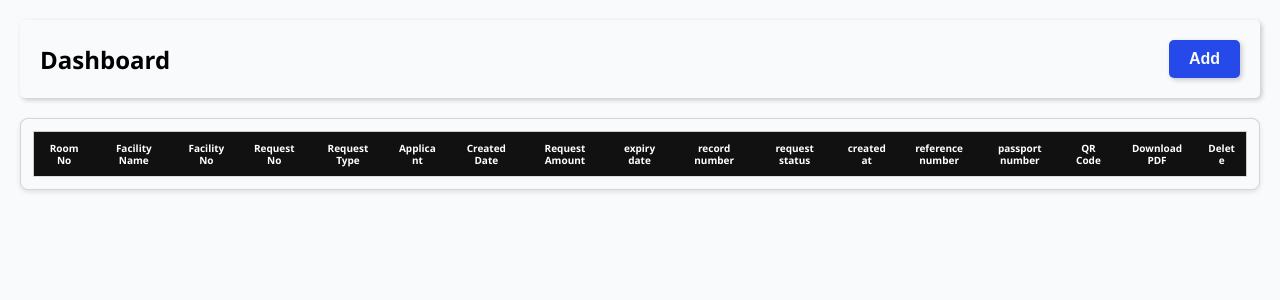
Repository: irfan-shah-sherani/Travel-Tour
Page: public/index.html
The author's editor kept a copy of each file at every save. The page is drawn from the files as they stood at one save, then again after the next save.
The browser window is 1280 px wide. The pictures show the whole page.
The page's requests for data from a server got no answer.

Above is the page before, as saved 2025-07-11 05:09:07.

### public/index.html
<!DOCTYPE html>
<html lang="en">

<head>
  <meta charset="UTF-8" />
  <meta name="viewport" content="width=device-width, initial-scale=1.0" />
  <title>Dashboard</title>
  <link rel="stylesheet" href="index.css" />
  <!-- <link
      rel="stylesheet"
      href="/public/Dashboard.css"
      integrity="sha512-..."
      crossorigin="anonymous"
      referrerpolicy="no-referrer"
    /> -->
</head>

<body>
  <main>
    <!-- main content -->
    <div class="main-content">
      <!-- TOP-nav -->
      <nav class="main-nav">
        <div class="page-name">
          <i class="fas fa-bars"></i>
          <p>Dashboard</p>
        </div>
        <div class="button">
          <button id="addPersonBtn">Add</button>
        </div>
      </nav>

      <!-- main content  end -->
      <div class="table-container">
        <table>
          <tr>
            <th>Room No</th>
          <th>Facility Name</th>
          <th>Facility No</th>
          <th>Request No</th>
          <th>Request Type</th>
          <th>Applicant</th>
          <th>Created Date</th>
          <th>Request Amount</th>
          <th>expiry date</th>
          <th>record number</th>
          <th>request status</th>
          <th>created at</th>
          <th>reference number</th>
          <th>passport number</th>
          <th>QR Code</th>
          <th>Download PDF</th>
          <th>Delete</th>
          </tr>
          <tbody id="person-table-body">
            <!-- JS will populate this -->
          </tbody>
        </table>

        <!-- ✅ Place script here -->
        <script>
  fetch("/api/")
    .then((res) => res.json())
    .then((data) => {
      const tbody = document.getElementById("person-table-body");
      tbody.innerHTML = "";
      data.forEach((record) => {
        const tr = document.createElement("tr");
        tr.innerHTML = `
          <td>${record.record_id}</td>
          <td>${record.room_name}</td>
          <td>${record.facility_name}</td>
          <td>${record.facility_number}</td>
          <td>${record.request_number}</td>
          <td>${record.request_type}</td>
          <td>${record.applicant_name}</td>
          <td>${record.creation_date}</td>
          <td>${record.request_amount}</td>
          <td>${record.expiry_date}</td>
          <td>${record.record_number}</td>
          <td>${record.request_status}</td>
          <td>${record.reference_number}</td>
          <td>${record.passport_number}</td>
          <td>${record.qrcode_url ? `<img src="${record.qrcode_url}" class="qr-img" alt="QR Code">` : "No QR"}</td>
          <td>
            <a href="/api/download-pdf?token=${record.qr_token}">
              <button class="download-btn btn" type="button">Download PDF</button>
            </a>
          </td>
          <td>
            <form action="/delete/${record.qr_token}" method="POST" onsubmit="return confirm('Are you sure you want to delete this record?');">
              <button class="delete-btn btn" type="submit">Delete</button>
            </form>
          </td>
        `;

                tbody.appendChild(tr);
              });
            });
        </script>
        </table>
      </div>

      <!-- Trigger Button OUTSIDE -->
      <!-- Add Room Form (initially hidden in CSS or JS) -->
      <div class="add-new add-new-person">
        <h2 class="form-title">Add New Person</h2>
        <form class="person-form" action="/" method="POST">
          <div class="inputForm">
            <!-- Left Side -->
            <div class="left-side">
              <div class="form-group">
                <label for="room_number">Room No </label>
                <input type="text" id="room_number" name="room_number" required />
              </div>

              <div class="form-group">
                <label for="facility_name">Facility Name </label>
                <input type="text" id="facility_name" name="facility_name" required />
              </div>

              <div class="form-group">
                <label for="facility_number">Facility number </label>
                <input type="text" id="facility_number" name="facility_number" required />
              </div>

              <div class="form-group">
                <label for="request_number">Request number </label>
                <input type="number" id="request_number" name="request_number" step="0.01" required />
              </div>

              <div class="form-group">
                <label for="request_type">Request Type</label>
                <input type="text" id="request_type" name="request_type" required />
              </div>
            </div>

            <!-- Center Side -->
            <div class="center-side">
              <div class="form-group">
                <label for="applicant">Applicant</label>
                <input type="text" id="applicant" name="applicant" />
              </div>

              <div class="form-group">
                <label for="created">Created</label>
                <input type="text" id="created" name="created" />
              </div>

              <div class="form-group">
                <label for="amount">Amount</label>
                <input type="text" id="amount" name="amount" />
              </div>

              <div class="form-group">
                <label for="expiry">Expiry</label>
                <input type="text" id="expiry" name="expiry" />
              </div>

              <div class="form-group">
                <label for="record_number">Record number</label>
                <input type="text" id="record_number" name="record_number" />
              </div>
            </div>

            <!-- Right Side -->
            <div class="right-side">
              <div class="form-group">
                <label for="status">Status</label>
                <input type="text" id="status" name="status" />
              </div>

              <div class="form-group">
                <label for="reference_number">Reference number</label>
                <input type="text" id="reference_number" name="reference_number" />
              </div>

              <div class="form-group">
                <label for="passport_number">Passport number</label>
                <input type="text" id="passport_number" name="passport_number" />
              </div>

            </div>
          </div>

          <div class="button-group">
            <button type="button" class="cancelbtn">Cancel</button>
            <button type="submit" class="submit-person-btn">Add Person</button>
          </div>
        </form>
      </div>

    </div>
  </main>
  <script src="index.js"></script>
</body>

</html>

### public/index.css
* {
  margin: 0;
  padding: 0;
  box-sizing: border-box;
}
:root {
  --primary-gradient: linear-gradient(135deg, #667eea 0%, #764ba2 100%);
  --card-shadow: 0 4px 6px rgba(0, 0, 0, 0.1);
  --card-hover-shadow: 0 8px 15px rgba(0, 0, 0, 0.2);
}
body {
  font-family: "Segoe UI", Tahoma, Geneva, Verdana, sans-serif;
  background-color: #f8fafc;
}
main {
  display: flex;
  /* display: flex; */
}
/* .sidebar {
  position: fixed;
  display: flex;
  align-items: center;
  flex-direction: column;
  width: 250px;
  height: 100vh;
  padding: 20px;
  background: var(--primary-gradient);
  border-radius: 10px 0px 0px 10px;
  color: #f8fafc;
}
.cross-icon {
  display: none;
  justify-content: right;
  color: #f8fafc;
  font-size: 2rem;
  cursor: pointer;
}
.logo {
  display: flex;
  align-items: center;
  gap: 10px;
  margin-bottom: 10px;
  border-bottom: 1px solid rgba(255, 255, 255, 1);
  padding-bottom: 20px;
}
.logo p {
  font-size: 24px;
  font-weight: 600;
}
.sidebar img {
  display: block;
  width: 50px;
  height: 50px;
  object-fit: cover;
  object-position: center;
  border-radius: 5px;
}
.logo hr {
  width: 100px;
  height: 2px;
  color: rgba(255, 255, 255, 0.1);
}
.links ul li {
  list-style: none;
  margin: 5px;
}
.links ul li a {
  display: flex;
  padding-left: 20px;
  align-items: center;
  width: 200px;
  height: 50px;
  text-decoration: none;
  gap: 10px;
  border-radius: 10px;
  transition: all 0.3s ease;
  color: rgba(255, 255, 255, 0.85);
}
.links ul li a:hover {
  background-color: rgba(255, 255, 255, 0.1);
  transform: translateX(5px);
}
.links ul li a.active {
  background-color: rgba(255, 255, 255, 0.1);
  transform: translateX(5px);
} */
/* main content */
.main-content {
  display: flex;
  /* margin-left: 250px; */
  flex-direction: column;
  background-color: #f8fafc;
  width: 100%;
  padding: 20px;
  gap: 20px;
}
.main-content nav {
  display: flex;
  justify-content: space-between;
  align-items: center;
  border-radius: 5px;
  width: 100%;
  background-color: #f8fafc;
  padding: 20px;
  box-shadow: 2px 2px 5px rgba(0, 0, 0, 0.2);
}
.page-name {
  display: flex;
  align-items: center;
  gap: 10px;
}
.page-name p {
  font-size: 24px;
  font-weight: 600;
}
.page-name i {
  display: none;
  cursor: pointer;
  font-size: 24px;
  font-weight: 600;
}
.button {
  display: flex;
  align-items: center;
  gap: 10px;
}
.button button {
  padding: 10px 20px;
  border-radius: 5px;
  border: none;
  background-color: #264ae9;
  color: #f8fafc;
  font-size: 16px;
  font-weight: 600;
  box-shadow: 2px 2px 5px rgba(0, 0, 0, 0.2);
  cursor: pointer;
  transition: all 0.05s ease-in-out;
}
.button button:hover {
  transform: translateY(2px);
}

/* table */
/* General Table Styling */
.table-container {
  width: 100%;
  overflow-x: auto;
  background-color: #f8fafc;
  border-radius: 8px;
  border: 1px solid rgba(0, 0, 0, 0.15);
  box-shadow: 0 2px 5px rgba(0, 0, 0, 0.1);
  padding: 12px;
  box-sizing: border-box;
}

/* Table Reset */
table {
  width: 100%;
  border-collapse: collapse;
  font-size: 10px;
  table-layout: auto;
}

/* Table Header */
.table-container table th {
  background-color: #111;
  color: #fff;
  font-weight: 600;
  font-size: 10px;
  padding: 4px;
  text-align: center;
  vertical-align: middle;
  white-space: normal;
  line-height: 1.2;
  word-break: break-word;
}

/* Force words like "Request Number" to wrap into 2 lines */
.table-container table th {
  max-width: 90px;

}

.table-container table {
  width: 100%;
  border-collapse: collapse;
  font-size: 10px;
  table-layout: auto;
  border: 1px solid #ccc; /* Optional: outer border */
}

/* Table Header */
.table-container table th {
  background-color: #111;
  color: #fff;
  font-weight: 600;
  font-size: 10px;
  padding: 10px;
  text-align: center;
  vertical-align: middle;
  white-space: normal;
  line-height: 1.2;
  word-break: break-word;
  border-bottom: 1px solid #ddd; /* Line below header */
}

/* Limit column width for long headers */
.table-container table th {
  max-width: 90px;
}

/* Table Body */
.table-container table td {
  white-space: nowrap;
  text-align: center;
  vertical-align: middle;
  padding: 8px 6px;
  border-bottom: 1px solid #eee; /* 🔹 Line between rows */
}

/* Row Hover Effect */
.table-container table tr:hover {
  background-color: #e2e8f0;
  transition: background-color 0.2s;
}

/* Button Styling */
.btn {
  padding: 4px 8px;
  font-size: 10px;
  border-radius: 4px;
  border: none;
  cursor: pointer;
  transition: 0.2s;
}

/* Delete Button */
.delete-btn {
  border: 1px solid #ef4444;
  color: #ef4444;
  background: transparent;
}
.delete-btn:hover {
  background-color: #fee2e2;
}

/* Download Button (optional styling) */
.download-btn {
  background-color: #2563eb;
  color: white;
  border: none;
}
.btn {
  transform: translateY(2px);
}

.add-new {
  display: none;
  width: 80%;
  max-height: 90vh; /* limit height */
  overflow-y: auto;  /* enable scroll if content too tall */
  position: absolute;
  top: 50%;
  left: 50%;
  transform: translate(-50%, -50%);
  background-color: white;
  padding: 20px;
  border-radius: 8px;
  box-shadow: 0 0 10px rgba(0, 0, 0, 0.5);
  font-family: Arial, sans-serif;
  z-index: 10;
}

.form-title {
  font-size: 24px;
  font-weight: 600;
  margin-bottom: 10px;
}

/* Reduce spacing */
.person-form {
  display: flex;
  flex-direction: column;
  gap: 10px;
}

.inputForm {
  display: flex;
  justify-content: space-between;
  gap: 20px;
}

/* Equal columns */
.left-side,
.center-side,
.right-side {
  flex: 1;
}
label {
  font-size: 14px;
  font-weight: 500;
  margin-bottom: 5px;
}
/* Compact input spacing */
.form-group {
  display: flex;
  flex-direction: column;
  margin-bottom: 10px;
}

input,
textarea,
select {
  padding: 5px;
  font-size: 16px;
}

/* Buttons */
.button-group {
  display: flex;
  justify-content: flex-end;
  gap: 10px;
  margin-top: 0px;
}

button {
  padding: 8px;
  font-size: 13px;
  border: none;
  border-radius: 5px;
  cursor: pointer;
}

.cancel-person-btn {
  background-color: #6c757d;
  color: white;
}

.submit-person-btn {
  background-color: #007bff;
  color: white;
}

/* Responsive */
@media (max-width: 768px) {
  .inputForm {
    flex-direction: column;
  }

  .left-side,
  .center-side,
  .right-side {
    width: 100%;
  }
}
.qr-img {
  width: 30px;
  height: 30px;
  object-fit: contain;
  display: block;
}

### public/index.js
const addPersonBtn = document.getElementById("addPersonBtn");
const addNewPerson = document.querySelector(".add-new");
const cancelPersonBtn = document.querySelector(".cancelbtn");
const submitPersonBtn = document.querySelector(".submit-person-btn");

addPersonBtn?.addEventListener("click", () => {
  addNewPerson.style.display = "block";
});

cancelPersonBtn?.addEventListener("click", () => {
  addNewPerson.style.display = "none";
});

submitPersonBtn?.addEventListener("click", () => {
  addNewPerson.style.display = "none";
});

After the next save:
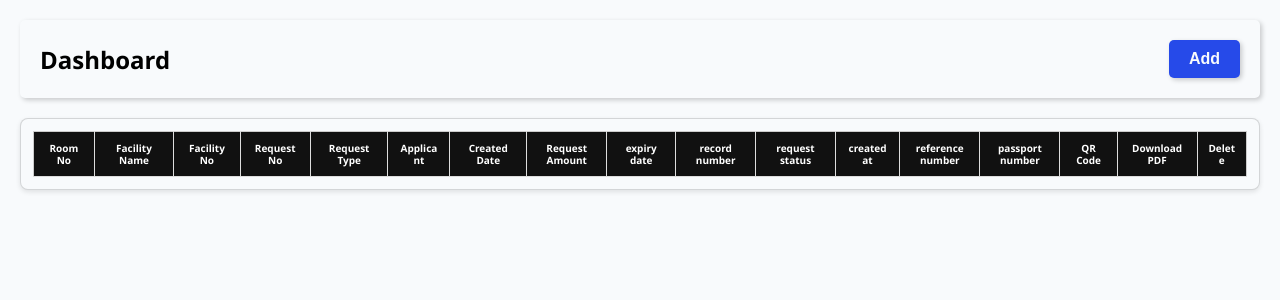
Saved 61 s later.
--- a/public/index.css
+++ b/public/index.css
@@ -160,6 +160,13 @@ table {
   font-size: 10px;
   table-layout: auto;
 }
+.table-container table {
+  width: 100%;
+  border-collapse: collapse;
+  font-size: 10px;
+  table-layout: auto;
+  border: 1px solid #ccc; /* Outer border */
+}
 
 /* Table Header */
 .table-container table th {
@@ -173,20 +180,36 @@ table {
   white-space: normal;
   line-height: 1.2;
   word-break: break-word;
-}
-
-/* Force words like "Request Number" to wrap into 2 lines */
-.table-container table th {
   max-width: 90px;
-
-}
-
-.table-container table {
-  width: 100%;
-  border-collapse: collapse;
-  font-size: 10px;
-  table-layout: auto;
-  border: 1px solid #ccc; /* Optional: outer border */
+  border-right: 1px solid #ddd;  /* 🔹 Column lines */
+  border-bottom: 1px solid #ddd; /* 🔹 Header row line */
+}
+
+/* Last column shouldn't have extra right border */
+.table-container table th:last-child,
+.table-container table td:last-child {
+  border-right: none;
+}
+
+/* Table Body */
+.table-container table td {
+  white-space: nowrap;
+  text-align: center;
+  vertical-align: middle;
+  padding: 8px 6px;
+  border-right: 1px solid #eee;  /* 🔹 Column lines */
+  border-bottom: 1px solid #eee; /* 🔹 Row lines */
+}
+
+/* Row Hover Effect */
+.table-container table tr:hover {
+  background-color: #e2e8f0;
+  transition: background-color 0.2s;
+}
+
+/* Optional: Zebra-striping for better readability */
+.table-container table tr:nth-child(even) {
+  background-color: #f9fafb;
 }
 
 /* Table Header */
